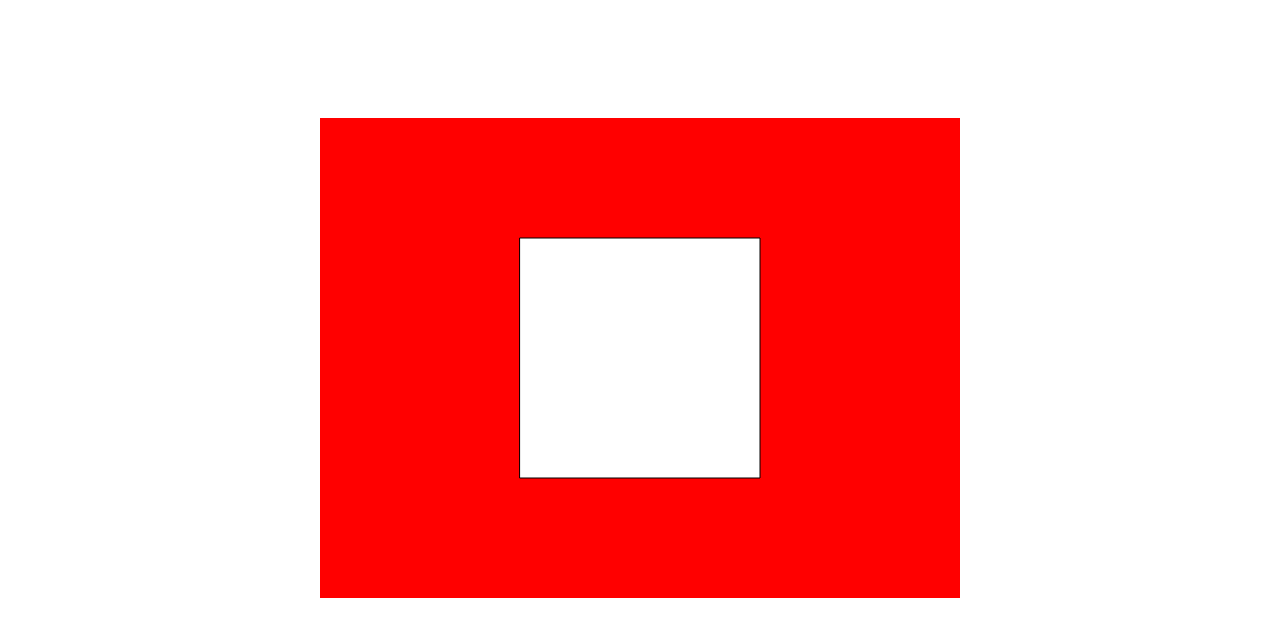
Repository: SeanHub-13/cart253
Page: topics/function-calls/index.html
An editor plug-in stored every save of this project. The page is shown before and after the next save, followed by the edit.
The browser window is 1280 px wide. The pictures show the whole page.

Above is the page before, as saved 2024-09-12 11:26:34.

### topics/function-calls/index.html
<!DOCTYPE html>
<html>

<head>
  <meta charset="utf-8">
  <meta name="viewport" width=device-width, initial-scale=1.0, maximum-scale=1.0, user-scalable=0>

  <title>Function calls</title>

  <!-- CSS stylesheet(s) -->
  <link rel="stylesheet" type="text/css" href="css/style.css" />

  <!-- Library script(s) -->

  <!-- p5.min.js is the main p5 library -->
  <script src="js/libraries/p5.min.js"></script>
  <!-- p5.sound.min.js allows us to use sound -->
  <script src="js/libraries/p5.sound.min.js"></script>

  <!-- My script(s) -->
  <script src="js/script.js"></script>
</head>

<body>
  <!-- HTML would go here if needed. -->
</body>

</html>

### topics/function-calls/js/script.js
/**
 * Title of Project
 * Author Name
 *
 * HOW EMBARRASSING! I HAVE NO DESCRIPTION OF MY PROJECT!
 * PLEASE REMOVE A GRADE FROM MY WORK IF IT'S GRADED!
 */

"use strict";

/**
 * OH LOOK I DIDN'T DESCRIBE SETUP!!
*/
function setup() {
    createCanvas(640, 480);
}


/**
 * OOPS I DIDN'T DESCRIBE WHAT MY DRAW DOES!
*/
function draw() {
    background(255, 0, 0);
    rect(200, 120, 240, 240);
}

Loaded but not shown: topics/function-calls/css/style.css (common file); topics/function-calls/js/libraries/p5.min.js (library); topics/function-calls/js/libraries/p5.sound.min.js (library)

After the next save:
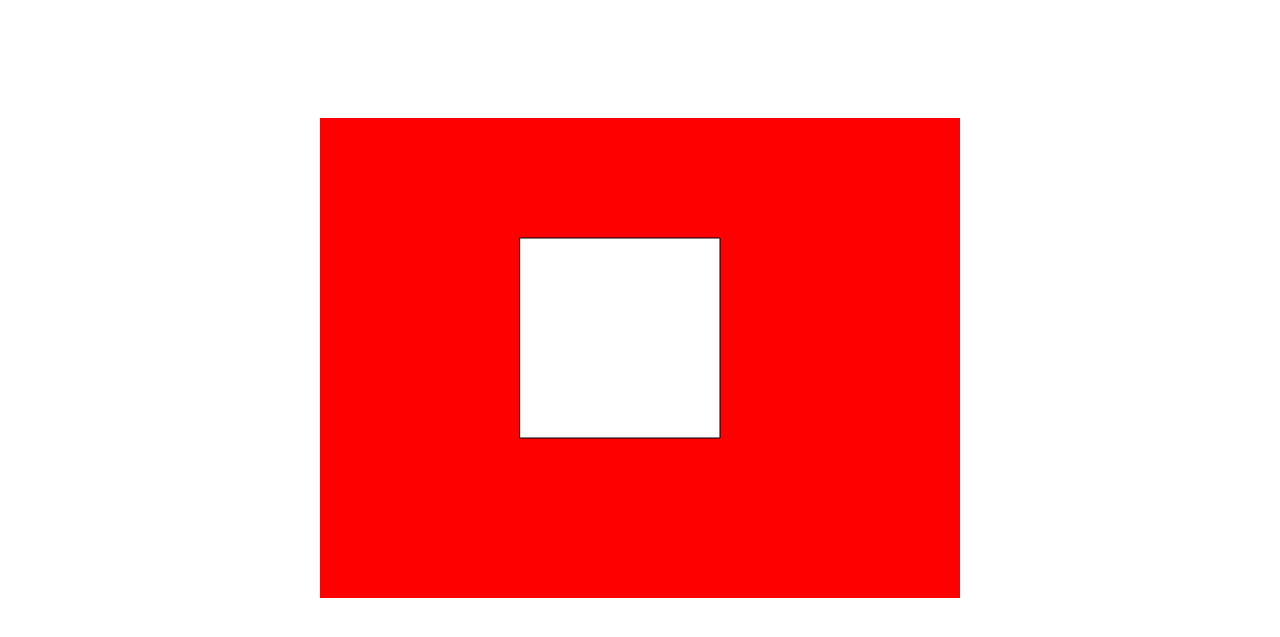
Saved 14 s later.
--- a/topics/function-calls/js/script.js
+++ b/topics/function-calls/js/script.js
@@ -21,5 +21,5 @@
 */
 function draw() {
     background(255, 0, 0);
-    rect(200, 120, 240, 240);
+    rect(200, 120, 200, 200);
 }
